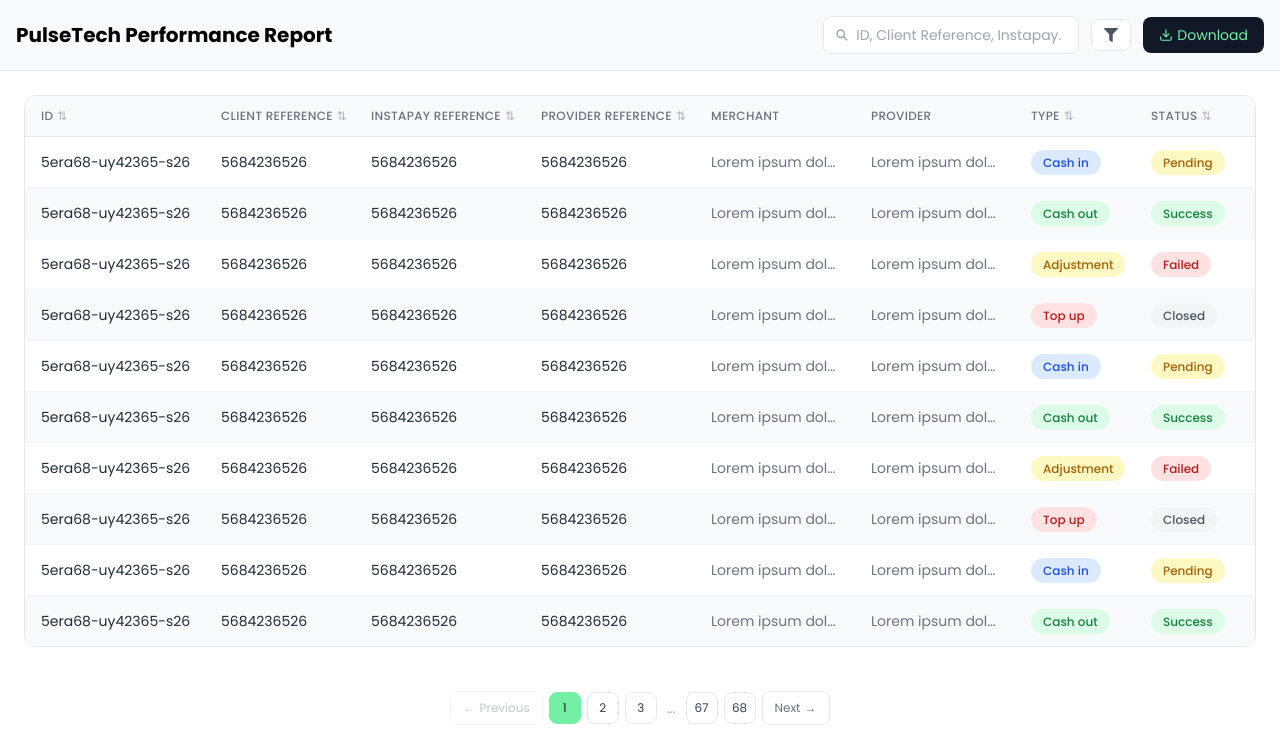
Repository: ShyrineJardin/pulse_admin
Page: /dashboard
These files come from the project's save history. The page is drawn as it stood at one moment and after a run of saves; the edit follows.
The browser window is 1280 px wide. The pictures show the whole page.
The project was rebuilt for these pictures with package versions that can differ from the ones it lists, and the page was loaded fresh each time. Also part of the build but not shown: src/components/Login.jsx.

Above is the page before, as saved 2026-03-26 15:59:20.

### src/index.css
@import url('https://fonts.googleapis.com/css2?family=Inter:ital,opsz,wght@0,14..32,100..900;1,14..32,100..900&family=Poppins:ital,wght@0,100;0,200;0,300;0,400;0,500;0,600;0,700;0,800;0,900;1,100;1,200;1,300;1,400;1,500;1,600;1,700;1,800;1,900&display=swap');

@tailwind base;
@tailwind components;
@tailwind utilities;

*{
    margin: 0;
    padding: 0;
    box-sizing: border-box;
}

body {
    font-family: poppins, sans-serif;
}

### src/components/Dashboard.jsx
import { useState, useMemo, useRef, useEffect } from "react";
import { IoSearchSharp, IoClose } from "react-icons/io5";
import { FiDownload } from "react-icons/fi";
import { FaFilter } from "react-icons/fa";
import { RiSparkling2Fill } from "react-icons/ri";
import { LuCalendar } from "react-icons/lu";
import { TbReload } from "react-icons/tb";
import { BsThreeDotsVertical } from "react-icons/bs";

const TYPES = ["Cash in", "Cash out", "Adjustment", "Top up"];
const STATUSES = ["Pending", "Success", "Failed", "Closed"];

const TYPE_STYLES = {
  "Cash in":    "bg-blue-100 text-blue-700",
  "Cash out":   "bg-green-100 text-green-700",
  "Adjustment": "bg-yellow-100 text-yellow-700",
  "Top up":     "bg-red-100 text-red-700",
};

const STATUS_STYLES = {
  "Pending": "bg-yellow-100 text-yellow-700",
  "Success": "bg-green-100 text-green-700",
  "Failed":  "bg-red-100 text-red-700",
  "Closed":  "bg-gray-100 text-gray-600",
};

const generateData = (count = 680) =>
  Array.from({ length: count }, (_, i) => ({
    id: "5era68-uy42365-s26",
    clientRef: "5684236526",
    instapayRef: "5684236526",
    providerRef: "5684236526",
    merchant: "Lorem ipsum dolor sit amet",
    provider: "Lorem ipsum dolor sit amet",
    type: TYPES[i % TYPES.length],
    status: STATUSES[i % STATUSES.length],
    amount: "₱ 790.00",
    fees: "₱ 10.00",
    error: "N/A",
    paidDate: "01/09/2026",
    createdDate: "01/09/2026",
  }));

const ALL_DATA = generateData();
const PER_PAGE = 10;

// ── Filter Modal ──────────────────────────────────────────────
function FilterModal({ onClose, onApply }) {
  const [startDate, setStartDate] = useState("02/18/2026");
  const [endDate, setEndDate] = useState("");
  const [merchant, setMerchant] = useState("All Merchant");
  const [provider, setProvider] = useState("All Provider");
  const [method, setMethod] = useState("");
  const [type, setType] = useState("");
  const [status, setStatus] = useState("");

  const handleReset = () => {
    setStartDate(""); setEndDate("");
    setMerchant("All Merchant"); setProvider("All Provider");
    setMethod(""); setType(""); setStatus("");
  };

  return (
    <div className="fixed inset-0 z-50 flex items-center justify-center bg-black/60" onClick={onClose}>
      <div className="bg-white rounded-2xl w-full max-w-md mx-4 shadow-2xl" onClick={(e) => e.stopPropagation()}>
        <div className="flex items-center justify-between px-6 py-4 bg-[#F9FAFC] rounded-t-2xl border-b border-gray-200">
          <div className="flex items-center gap-2">
            <RiSparkling2Fill className="text-yellow-400 text-lg" />
            <h2 className="text-lg font-bold text-gray-900">Filters</h2>
          </div>
          <button onClick={onClose} className="text-gray-400 hover:text-gray-700">
            <IoClose className="text-xl" />
          </button>
        </div>

        <div className="px-6 py-5 space-y-5">
          {/* Dates */}
          <div className="grid grid-cols-2 gap-4">
            {[
              { label: "Start Date", value: startDate, setter: setStartDate },
              { label: "End Date",   value: endDate,   setter: setEndDate   },
            ].map(({ label, value, setter }) => (
              <div key={label} className="relative mt-2">
                <label className="absolute -top-2.5 left-3 bg-white px-1 text-xs text-gray-400 z-10">{label}</label>
                <div className="flex items-center border border-gray-300 rounded-xl px-3 py-2.5 gap-2">
                  <input type="text" value={value} onChange={(e) => setter(e.target.value)} placeholder="MM/DD/YYYY"
                    className="text-sm text-gray-700 outline-none w-full bg-transparent placeholder:text-gray-300" />
                  <LuCalendar className="text-gray-500 text-base flex-shrink-0" />
                </div>
              </div>
            ))}
          </div>

          {/* Merchant & Provider */}
          <div className="grid grid-cols-2 gap-4">
            {[
              { label: "Merchant", value: merchant, setter: setMerchant, options: ["All Merchant","Merchant A","Merchant B"] },
              { label: "Provider", value: provider, setter: setProvider, options: ["All Provider","Provider A","Provider B"] },
            ].map(({ label, value, setter, options }) => (
              <div key={label}>
                <label className="block text-sm font-bold text-gray-800 mb-2">{label}</label>
                <div className="relative">
                  <select value={value} onChange={(e) => setter(e.target.value)}
                    className="w-full appearance-none border border-gray-300 rounded-xl px-3 py-2.5 text-sm text-gray-700 outline-none bg-white cursor-pointer pr-8">
                    {options.map((o) => <option key={o}>{o}</option>)}
                  </select>
                  <span className="pointer-events-none absolute right-3 top-1/2 -translate-y-1/2 text-gray-500 text-xs">▼</span>
                </div>
              </div>
            ))}
          </div>

          {/* Method & Type */}
          <div className="grid grid-cols-2 gap-4">
            {[
              { label: "Method", value: method, setter: setMethod, placeholder: "Select Merchant", options: ["Online","Offline"] },
              { label: "Type",   value: type,   setter: setType,   placeholder: "Select Type",     options: TYPES },
            ].map(({ label, value, setter, placeholder, options }) => (
              <div key={label}>
                <label className="block text-sm font-bold text-gray-800 mb-2">{label}</label>
                <div className="relative">
                  <select value={value} onChange={(e) => setter(e.target.value)}
                    className="w-full appearance-none border border-gray-300 rounded-xl px-3 py-2.5 text-sm text-gray-700 outline-none bg-white cursor-pointer pr-8">
                    <option value="">{placeholder}</option>
                    {options.map((o) => <option key={o}>{o}</option>)}
                  </select>
                  <span className="pointer-events-none absolute right-3 top-1/2 -translate-y-1/2 text-gray-500 text-xs">▼</span>
                </div>
              </div>
            ))}
          </div>

          {/* Status */}
          <div>
            <label className="block text-sm font-bold text-gray-800 mb-2">Status</label>
            <div className="relative flex items-center border border-gray-300 rounded-xl px-3 py-2.5 gap-2">
              <TbReload className="text-gray-500 text-base flex-shrink-0" />
              <select value={status} onChange={(e) => setStatus(e.target.value)}
                className="w-full appearance-none text-sm text-gray-700 outline-none bg-transparent cursor-pointer pr-6">
                <option value="">Select Status</option>
                {STATUSES.map((s) => <option key={s}>{s}</option>)}
              </select>
              <span className="pointer-events-none absolute right-3 top-1/2 -translate-y-1/2 text-gray-500 text-xs">▼</span>
            </div>
          </div>
        </div>

        <div className="flex items-center gap-3 px-6 py-4 border-t border-gray-200">
          <button onClick={handleReset}
            className="flex-1 py-3 rounded-xl border border-primary text-primary text-sm font-medium hover:bg-green-50 transition-colors">
            Reset
          </button>
          <button onClick={() => { onApply({}); onClose(); }}
            className="flex-1 py-3 rounded-xl bg-gray-900 text-primary text-sm font-medium hover:bg-gray-800 transition-colors">
            Apply
          </button>
        </div>
      </div>
    </div>
  );
}

// ── Mobile Row Card ───────────────────────────────────────────
function MobileCard({ row, i }) {
  const [expanded, setExpanded] = useState(false);
  const [menuOpen, setMenuOpen] = useState(false);
  const menuRef = useRef(null);

  useEffect(() => {
    const handler = (e) => { if (menuRef.current && !menuRef.current.contains(e.target)) setMenuOpen(false); };
    document.addEventListener("mousedown", handler);
    return () => document.removeEventListener("mousedown", handler);
  }, []);

  const rowBg = i % 2 === 0 ? "bg-white" : "bg-[#F9FAFC]";

  const Field = ({ label, children }) => (
    <div className={`flex items-center justify-between py-3 px-4 border-b border-gray-100 ${rowBg}`}>
      <span className="text-xs font-semibold text-gray-500 tracking-wide uppercase w-36 flex-shrink-0">{label}</span>
      <span className="text-sm text-gray-800 text-right">{children}</span>
    </div>
  );

  return (
    <div className={`rounded-2xl border-2 border border-border overflow-hidden mb-3`}>
      {/* Card Header */}
      <div className={`flex items-center justify-between px-4 py-3 ${rowBg} border-b border-gray-100`}>
        <div className="flex items-center gap-2">
          <span className="text-xs font-semibold text-gray-500 uppercase tracking-wide">ID</span>
          <span className="text-sm font-semibold text-gray-800">{row.id}</span>
        </div>
        <div className="relative" ref={menuRef}>
          <button onClick={() => setMenuOpen((v) => !v)} className="p-1 rounded-md hover:bg-gray-100">
            <BsThreeDotsVertical className="text-gray-500" />
          </button>
          {menuOpen && (
            <div className="absolute right-0 top-8 z-20 bg-white rounded-xl shadow-lg border border-gray-100 overflow-hidden w-44">
              <button className="w-full text-left px-4 py-2.5 text-sm text-gray-700 hover:bg-gray-50">Details</button>
              <button className="w-full text-left px-4 py-2.5 text-sm text-white bg-primary hover:bg-dark-primary">Resend Webhook</button>
            </div>
          )}
        </div>
      </div>

      {/* Always-visible fields */}
      <Field label="Client Reference">{row.clientRef}</Field>
      <Field label="Instapay Reference">{row.instapayRef}</Field>
      <Field label="Provider Reference">{row.providerRef}</Field>
      <Field label="Merchant"><span className="truncate max-w-[160px] block">{row.merchant}</span></Field>
      <Field label="Provider"><span className="truncate max-w-[160px] block">{row.provider}</span></Field>
      <Field label="Type">
        <span className={`px-3 py-1 rounded-full text-xs font-medium ${TYPE_STYLES[row.type]}`}>{row.type}</span>
      </Field>
      <Field label="Status">
        <span className={`px-3 py-1 rounded-full text-xs font-medium ${STATUS_STYLES[row.status]}`}>{row.status}</span>
      </Field>
      <Field label="Amount">{row.amount}</Field>

      {/* Expandable fields */}
      {expanded && (
        <>
          <Field label="Fees">{row.fees}</Field>
          <Field label="Error">{row.error}</Field>
          <Field label="Paid Date">{row.paidDate}</Field>
          <Field label="Created Date">{row.createdDate}</Field>
        </>
      )}

      {/* Show More / Less */}
      <button
        onClick={() => setExpanded((v) => !v)}
        className={`w-full py-3 text-sm font-bold text-gray-800 text-center border-t border-gray-200 ${rowBg} hover:bg-gray-100 transition-colors`}
      >
        {expanded ? "Show Less" : "Show More"}
      </button>
    </div>
  );
}

// ── Main Dashboard ────────────────────────────────────────────
export default function Dashboard() {
  const [search, setSearch] = useState("");
  const [currentPage, setCurrentPage] = useState(1);
  const [sortCol, setSortCol] = useState(null);
  const [sortAsc, setSortAsc] = useState(true);
  const [showFilter, setShowFilter] = useState(false);

  const filtered = useMemo(() => {
    const q = search.toLowerCase();
    return ALL_DATA.filter((r) =>
      r.id.toLowerCase().includes(q) ||
      r.clientRef.includes(q) ||
      r.instapayRef.includes(q) ||
      r.type.toLowerCase().includes(q) ||
      r.status.toLowerCase().includes(q)
    );
  }, [search]);

  const totalPages = Math.ceil(filtered.length / PER_PAGE);

  const pageData = useMemo(() => {
    const start = (currentPage - 1) * PER_PAGE;
    return filtered.slice(start, start + PER_PAGE);
  }, [filtered, currentPage]);

  const handleSearch = (e) => { setSearch(e.target.value); setCurrentPage(1); };
  const handleSort = (col) => {
    if (sortCol === col) setSortAsc((p) => !p);
    else { setSortCol(col); setSortAsc(true); }
  };
  const goPage = (p) => { if (p >= 1 && p <= totalPages) setCurrentPage(p); };

  const getPaginationPages = () => {
    const pages = new Set([1, 2, 3, totalPages - 1, totalPages, currentPage - 1, currentPage, currentPage + 1]);
    return [...pages].filter((p) => p >= 1 && p <= totalPages).sort((a, b) => a - b);
  };

  const SortIcon = ({ col }) => (
    <span className="ml-1 opacity-50 text-xs">{sortCol === col ? (sortAsc ? "▲" : "▼") : "⇅"}</span>
  );

  const columns = [
    { label: "ID",                 col: "id",          className: "w-[180px] min-w-[180px]" },
    { label: "CLIENT REFERENCE",   col: "clientRef",   className: "w-[150px] min-w-[150px]" },
    { label: "INSTAPAY REFERENCE", col: "instapayRef", className: "w-[170px] min-w-[170px]" },
    { label: "PROVIDER REFERENCE", col: "providerRef", className: "w-[170px] min-w-[170px]" },
    { label: "MERCHANT",           col: null,          className: "w-[160px] min-w-[160px]" },
    { label: "PROVIDER",           col: null,          className: "w-[160px] min-w-[160px]" },
    { label: "TYPE",               col: "type",        className: "w-[120px] min-w-[120px]" },
    { label: "STATUS",             col: "status",      className: "w-[110px] min-w-[110px]" },
    { label: "AMOUNT",             col: null,          className: "w-[100px] min-w-[100px]" },
    { label: "FEES",               col: null,          className: "w-[80px]  min-w-[80px]"  },
    { label: "ERROR",              col: null,          className: "w-[80px]  min-w-[80px]"  },
    { label: "PAID DATE",          col: null,          className: "w-[110px] min-w-[110px]" },
    { label: "CREATED DATE",       col: null,          className: "w-[120px] min-w-[120px]" },
    { label: "ACTIONS",            col: null,          className: "w-[220px] min-w-[180px]" },
  ];

  const Pagination = () => (
    <div className="flex items-center justify-center gap-1.5 py-5 flex-wrap">
      <button onClick={() => goPage(currentPage - 1)} disabled={currentPage === 1}
        className="flex items-center gap-1 px-3 py-2 text-xs border border-gray-200 rounded-lg text-gray-500 hover:bg-primary hover:text-btn-text disabled:opacity-40 disabled:cursor-not-allowed">
        ← <span className="hidden sm:inline">Previous</span>
      </button>

      {getPaginationPages().reduce((acc, page, idx, arr) => {
        if (idx > 0 && page - arr[idx - 1] > 1)
          acc.push(<span key={`e-${page}`} className="px-1 text-gray-400 text-sm">...</span>);
        acc.push(
          <button key={page} onClick={() => goPage(page)}
            className={`w-8 h-8 text-xs rounded-lg border ${currentPage === page ? "bg-primary text-btn-text border-primary" : "border-gray-200 text-gray-700 hover:bg-gray-50"}`}>
            {page}
          </button>
        );
        return acc;
      }, [])}

      <button onClick={() => goPage(currentPage + 1)} disabled={currentPage === totalPages}
        className="flex items-center gap-1 px-3 py-2 text-xs border border-gray-200 rounded-lg text-gray-500 hover:bg-primary hover:text-btn-text disabled:opacity-40 disabled:cursor-not-allowed">
        <span className="hidden sm:inline">Next</span> →
      </button>
    </div>
  );

  return (
    <div className="min-h-screen bg-white">
      {showFilter && <FilterModal onClose={() => setShowFilter(false)} onApply={(f) => console.log(f)} />}

        {/* Header */}
      <div className="flex items-start md:items-center flex-col md:flex-row justify-between mb-6 bg-[#F9FAFC] w-full p-4 border-b border-gray-200">
        <h1 className="text-lg lg:text-xl font-bold">PulseTech Performance Report</h1>
        <div className="flex items-center gap-1.5 lg:gap-3">
          <div className="relative">
            <IoSearchSharp className="absolute left-3 top-1/2 -translate-y-1/2 text-gray-400 text-sm" />
            <input
              type="text"
              value={search}
              onChange={handleSearch}
              placeholder="ID, Client Reference, Instapay..."
              className="pl-8 pr-4 py-2 text-sm border border-gray-200 rounded-lg w-64 outline-none focus:border-gray-400"
            />
          </div>
          <button
            onClick={() => setShowFilter(true)}
            className="flex items-center gap-2 px-3 py-2 text-sm bg-white border border-gray-200 rounded-lg text-gray-600 hover:scale-105 transition-transform"
          >
            <FaFilter />
          </button>
          <button className="flex items-center gap-1 px-4 py-2 text-sm bg-gray-900 text-primary rounded-lg hover:bg-gray-800">
            <FiDownload className="text-primary" />
            <span>Download</span>
          </button>
        </div>
      </div>

      {/* ── Mobile Cards (hidden on md+) ── */}
      <div className="block md:hidden px-4 pt-4">
        {pageData.map((row, i) => <MobileCard key={i} row={row} i={i} />)}
        <Pagination />
      </div>

      {/* ── Desktop Table (hidden on mobile) ── */}
      <div className="hidden md:block">
        <div className="m-6 border border-gray-200 rounded-xl overflow-auto">
          <table className="w-full text-sm table-fixed">
            <thead>
              <tr className="bg-[#F9FAFC] border-b border-gray-200">
                {columns.map(({ label, col, className }) => (
                  <th key={label} onClick={() => col && handleSort(col)}
                    className={`px-4 py-3 text-left text-xs font-medium text-gray-500 tracking-wide whitespace-nowrap ${col ? "cursor-pointer hover:text-gray-800" : ""} ${className}`}>
                    {label}{col && <SortIcon col={col} />}
                  </th>
                ))}
              </tr>
            </thead>
            <tbody>
              {pageData.map((row, i) => (
                <tr key={i} className={`border-b border-gray-100 last:border-none ${i % 2 === 0 ? "bg-white" : "bg-[#F9FAFC]"}`}>
                  <td className="px-4 py-3 text-gray-800 whitespace-nowrap">{row.id}</td>
                  <td className="px-4 py-3 text-gray-800 whitespace-nowrap">{row.clientRef}</td>
                  <td className="px-4 py-3 text-gray-800 whitespace-nowrap">{row.instapayRef}</td>
                  <td className="px-4 py-3 text-gray-800 whitespace-nowrap">{row.providerRef}</td>
                  <td className="px-4 py-3 text-gray-500 truncate">{row.merchant}</td>
                  <td className="px-4 py-3 text-gray-500 truncate">{row.provider}</td>
                  <td className="px-4 py-3 whitespace-nowrap">
                    <span className={`px-3 py-1 rounded-full text-xs font-medium ${TYPE_STYLES[row.type]}`}>{row.type}</span>
                  </td>
                  <td className="px-4 py-3 whitespace-nowrap">
                    <span className={`px-3 py-1 rounded-full text-xs font-medium ${STATUS_STYLES[row.status]}`}>{row.status}</span>
                  </td>
                  <td className="px-4 py-3 text-gray-800 tabular-nums whitespace-nowrap">{row.amount}</td>
                  <td className="px-4 py-3 text-gray-800 tabular-nums whitespace-nowrap">{row.fees}</td>
                  <td className="px-4 py-3 text-gray-800 whitespace-nowrap">{row.error}</td>
                  <td className="px-4 py-3 text-gray-800 whitespace-nowrap">{row.paidDate}</td>
                  <td className="px-4 py-3 text-gray-800 whitespace-nowrap">{row.createdDate}</td>
                  <td className="px-4 py-3 whitespace-nowrap">
                    <div className="flex gap-2">
                      <button className="px-3 py-1 text-xs border border-gray-200 rounded-md hover:bg-gray-100">Details</button>
                      <button className="px-3 py-1 text-xs bg-primary text-btn-text rounded-md hover:bg-dark-primary">Resend Webhook</button>
                    </div>
                  </td>
                </tr>
              ))}
            </tbody>
          </table>
        </div>
        <Pagination />
      </div>
    </div>
  );
}

Loaded but not shown: public/index.html (common file); src/index.js (common file); src/reportWebVitals.js (common file); src/App.js (16 lines, source omitted); tailwind.config.js (18 lines, source omitted)

After the next 3 saves:
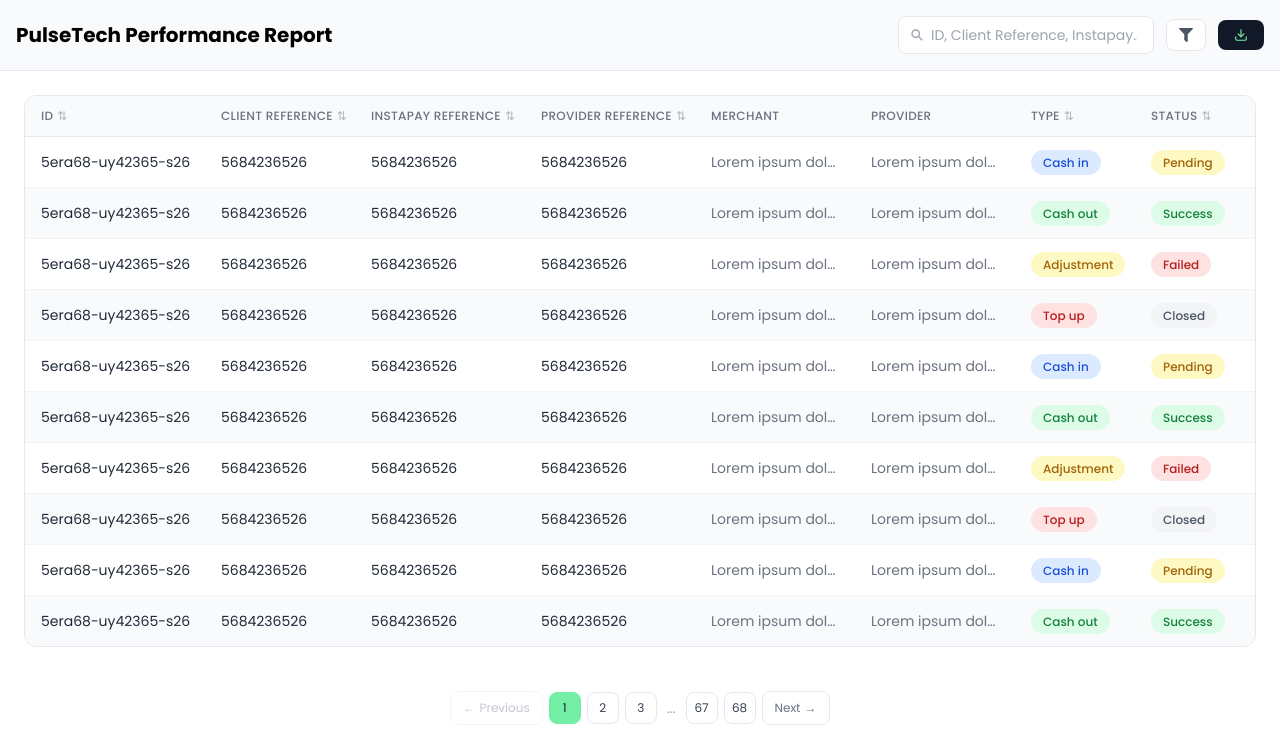
The 3 saves are shown as one change because they came seconds apart.
The last was saved 74 s later.
--- a/src/components/Dashboard.jsx
+++ b/src/components/Dashboard.jsx
@@ -348,7 +348,7 @@
           </button>
           <button className="flex items-center gap-1 px-4 py-2 text-sm bg-gray-900 text-primary rounded-lg hover:bg-gray-800">
             <FiDownload className="text-primary" />
-            <span>Download</span>
+            <span className="hidden">Download</span>
           </button>
         </div>
       </div>

After the save that followed:
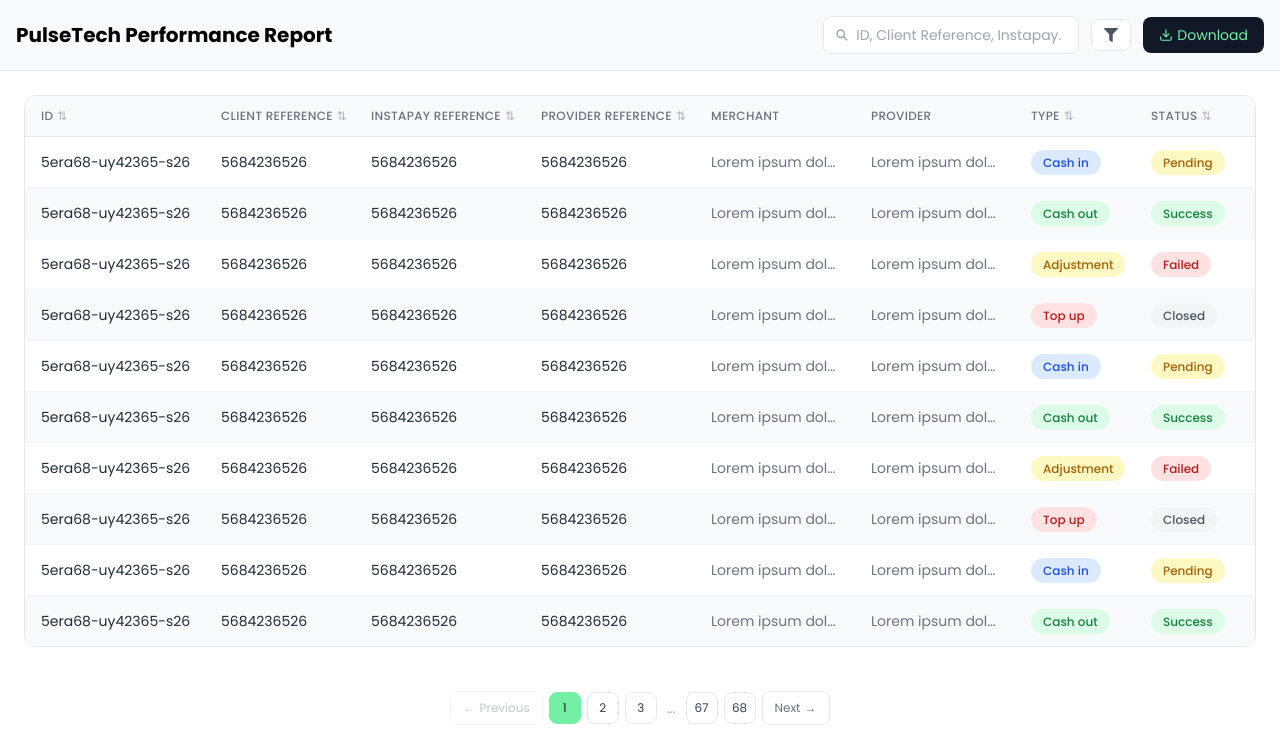
Saved 16 s later.
--- a/src/components/Dashboard.jsx
+++ b/src/components/Dashboard.jsx
@@ -348,7 +348,7 @@
           </button>
           <button className="flex items-center gap-1 px-4 py-2 text-sm bg-gray-900 text-primary rounded-lg hover:bg-gray-800">
             <FiDownload className="text-primary" />
-            <span className="hidden">Download</span>
+            <span className="hidden md:block">Download</span>
           </button>
         </div>
       </div>
